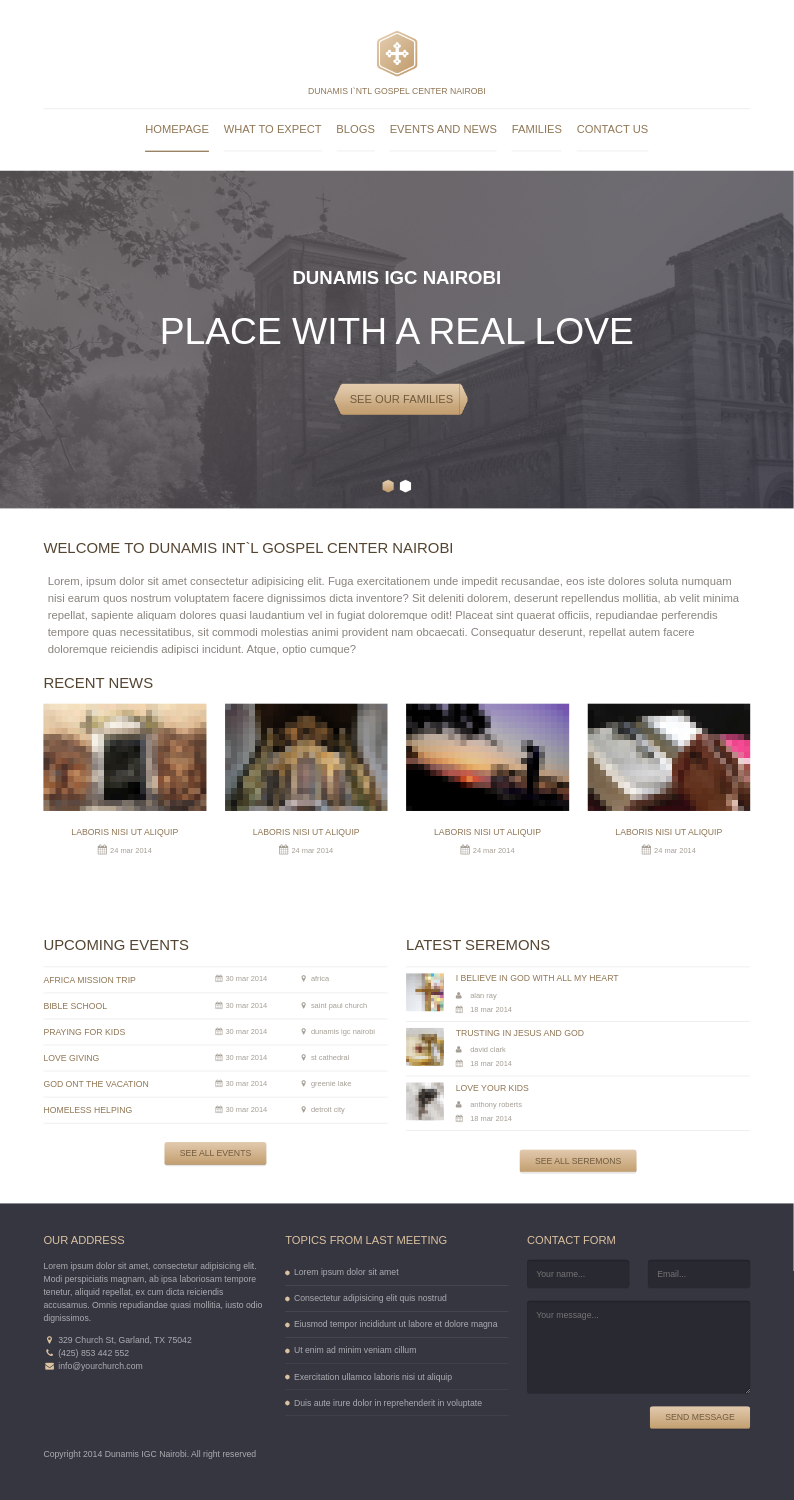
Repository: profbkmurage/churchWebsite
Page: index.html
The author's editor kept a copy of each file at every save. The page is drawn from the files as they stood at one save, then again after the next save.
The browser window is 1280 px wide. The pictures show the whole page, at 62% of full size.

Above is the page before, as saved 2024-07-10 18:47:00.

### index.html
<!DOCTYPE html>
<html lang="en">
	<head>
		<meta charset="UTF-8">
		<meta http-equiv="X-UA-Compatible" content="IE=edge">
		<meta name="viewport" content="width=device-width, initial-scale=1.0,maximum-scale=1">

		<title>DIGC NAIROBI</title>

		<!-- Loading third party fonts -->
		<link href="fonts/novecento-font/novecento-font.css" rel="stylesheet" type="text/css">
		<link href="fonts/font-awesome.min.css" rel="stylesheet" type="text/css">

		<!-- Loading main css file -->
		<link rel="stylesheet" href="style.css">
		<link rel="stylesheet" href="custom.css">

		<!--[if lt IE 9]>
		<script src="js/ie-support/html5.js"></script>
		<script src="js/ie-support/respond.js"></script>
		<![endif]-->

	</head>


	<body>
		<div class="site-content">
			<header class="site-header">
				<div class="container">
					<a href="#" class="branding">
						<img src="images/logo.png" alt="" class="logo">
						<h1 class="site-title">Dunamis I`ntl Gospel Center Nairobi</h1>
					</a>

					<div class="main-navigation">
						<button class="menu-toggle"><i class="fa fa-bars"></i> Menu</button>
						<ul class="menu">
							<li class="menu-item current-menu-item"><a href="index.html">Homepage</a></li>
							<li class="menu-item"><a href="#">What To Expect </a></li>
							<li class="menu-item"><a href="blogs.html">Blogs </a></li>
							<li class="menu-item"><a href="events.html">Events And News </a></li>
							<li class="menu-item"><a href="families.html">Families </a></li>
							<li class="menu-item"><a href="#">Contact Us</a></li>
						</ul>
					</div>
					<div class="mobile-navigation"></div>
				</div>
			</header> <!-- .site-header -->

			<div class="hero">
				<div class="slides">
					<li data-bg-image="images/slide-1.jpg">
						<div class="container">
							<div class="slide-content">
								<small class="slide-subtitle">Dunamis IGC Nairobi</small>
								<h2 class="slide-title">Place with a real love</h2>

								<a href="./families.html" class="button">See our families</a>
							</div>
						</div>
					</li>

					<li data-bg-image="images/arrow.png">
						<div class="container">
							<div class="slide-content">
								<small class="slide-subtitle">Dunamis IGC Nairobi</small>
								<h2 class="slide-title">Place with a real love</h2>

								<a href="blogs.html" class="button">See our blogs</a>
							</div>
						</div>
					</li>
				</div>
			</div>

			<main class="main-content">
				<div class="fullwidth-block">
					<div class="container">
						<h2 class="section-title bluColor">Welcome to Dunamis Int`l Gospel Center Nairobi</h2>
						<p class="welcomeNote">
							Lorem, ipsum dolor sit amet consectetur adipisicing elit. Fuga exercitationem unde impedit recusandae, eos iste dolores soluta numquam nisi earum quos nostrum voluptatem facere dignissimos dicta inventore? Sit deleniti dolorem, deserunt repellendus mollitia, ab velit minima repellat, sapiente aliquam dolores quasi laudantium vel in fugiat doloremque odit! Placeat sint quaerat officiis, repudiandae perferendis tempore quas necessitatibus, sit commodi molestias animi provident nam obcaecati. Consequatur deserunt, repellat autem facere doloremque reiciendis adipisci incidunt. Atque, optio cumque?
						</p>
						<h2 class="section-title bluColor">Recent news</h2>

						<div class="row">
							<div class="col-md-3 col-sm-6">
								<div class="news">
									<image class="news-image" src="images/news-thumb-1.jpg"></image>
									<h3 class="news-title"><a href="#">laboris nisi ut aliquip</a></h3>
									<small class="date"><i class="fa fa-calendar"></i>24 mar 2014</small>
								</div>
							</div>
							<div class="col-md-3 col-sm-6">
								<div class="news">
									<image class="news-image" src="images/news-thumb-2.jpg"></image>
									<h3 class="news-title"><a href="#">laboris nisi ut aliquip</a></h3>
									<small class="date"><i class="fa fa-calendar"></i>24 mar 2014</small>
								</div>
							</div>
							<div class="col-md-3 col-sm-6">
								<div class="news">
									<image class="news-image" src="images/news-thumb-3.jpg"></image>
									<h3 class="news-title"><a href="#">laboris nisi ut aliquip</a></h3>
									<small class="date"><i class="fa fa-calendar"></i>24 mar 2014</small>
								</div>
							</div>
							<div class="col-md-3 col-sm-6">
								<div class="news">
									<image class="news-image" src="images/news-thumb-4.jpg"></image>
									<h3 class="news-title"><a href="#">laboris nisi ut aliquip</a></h3>
									<small class="date"><i class="fa fa-calendar"></i>24 mar 2014</small>
								</div>
							</div>
						</div> <!-- .row -->
					</div> <!-- .container -->
				</div> <!-- section -->

				<div class="fullwidth-block">
					<div class="container">
						<div class="row">
							<div class="col-md-6">
								<h2 class="section-title">Upcoming events</h2>
								<ul class="event-list">
									<li>
										<a href="#">
											<h3 class="event-title">africa mission trip</h3>
											<span class="event-meta">
												<span><i class="fa fa-calendar"></i>30 mar 2014</span>
												<span><i class="fa fa-map-marker"></i> Africa</span>

											</span>
										</a>
									</li>
									<li>
										<a href="#">
											<h3 class="event-title">Bible school</h3>
											<span class="event-meta">
												<span><i class="fa fa-calendar"></i>30 mar 2014</span>
												<span><i class="fa fa-map-marker"></i> Saint paul church</span>

											</span>
										</a>
									</li>
									<li>
										<a href="#">
											<h3 class="event-title">praying for kids</h3>
											<span class="event-meta">
												<span><i class="fa fa-calendar"></i>30 mar 2014</span>
												<span><i class="fa fa-map-marker"></i> Dunamis IGC Nairobi</span>

											</span>
										</a>
									</li>
									<li>
										<a href="#">
											<h3 class="event-title">love giving</h3>
											<span class="event-meta">
												<span><i class="fa fa-calendar"></i>30 mar 2014</span>
												<span><i class="fa fa-map-marker"></i> St cathedral</span>

											</span>
										</a>
									</li>
									<li>
										<a href="#">
											<h3 class="event-title">god ont the vacation</h3>
											<span class="event-meta">
												<span><i class="fa fa-calendar"></i>30 mar 2014</span>
												<span><i class="fa fa-map-marker"></i> greenie lake</span>

											</span>
										</a>
									</li>
									<li>
										<a href="#">
											<h3 class="event-title">homeless helping</h3>
											<span class="event-meta">
												<span><i class="fa fa-calendar"></i>30 mar 2014</span>
												<span><i class="fa fa-map-marker"></i> Detroit city</span>

											</span>
										</a>
									</li>
								</ul>

								<div class="text-center">
									<a href="#" class="button">See all events</a>
								</div>
							</div>
							<div class="col-md-6">
								<h2 class="section-title">Latest seremons</h2>
								<ul class="seremon-list">
									<li>
										<img src="images/small-thumb-1.jpg" alt="">
										<div class="seremon-detail">
											<h3 class="seremon-title"><a href="#">I believe in god with all my heart</a></h3>
											<div class="seremon-meta">
												<div class="pastor"><i class="fa fa-user"></i> Alan Ray</div>
												<div class="date"><i class="fa fa-calendar"></i> 18 mar 2014</div>
											</div>
										</div>
									</li>
									<li>
										<img src="images/small-thumb-2.jpg" alt="">
										<div class="seremon-detail">
											<h3 class="seremon-title"><a href="#">Trusting in jesus and god</a></h3>
											<div class="seremon-meta">
												<div class="pastor"><i class="fa fa-user"></i> David Clark</div>
												<div class="date"><i class="fa fa-calendar"></i> 18 mar 2014</div>
											</div>
										</div>
									</li>
									<li>
										<img src="images/small-thumb-3.jpg" alt="">
										<div class="seremon-detail">
											<h3 class="seremon-title"><a href="#">Love your kids</a></h3>
											<div class="seremon-meta">
												<div class="pastor"><i class="fa fa-user"></i> anthony roberts</div>
												<div class="date"><i class="fa fa-calendar"></i> 18 mar 2014</div>
											</div>
										</div>
									</li>
								</ul>

								<div class="text-center">
									<a href="#" class="button">See all seremons</a>
								</div>
							</div>
						</div> <!-- .row -->
					</div> <!-- .container -->
				</div> <!-- section -->
			</main> <!-- .main-content -->

			<footer class="site-footer">
				<div class="container">
					<div class="row">
						<div class="col-md-4">
							<div class="widget">
								<h3 class="widget-title">Our address</h3>
								<p>Lorem ipsum dolor sit amet, consectetur adipisicing elit. Modi perspiciatis magnam, ab ipsa laboriosam tempore tenetur, aliquid repellat, ex cum dicta reiciendis accusamus. Omnis repudiandae quasi mollitia, iusto odio dignissimos.</p>
								<ul class="address">
									<li><i class="fa fa-map-marker"></i> 329 Church St, Garland, TX 75042</li>
									<li><i class="fa fa-phone"></i> (425) 853 442 552</li>
									<li><i class="fa fa-envelope"></i> info@yourchurch.com</li>
								</ul>
							</div>
						</div>
						<div class="col-md-4">
							<div class="widget">
								<h3 class="widget-title">Topics from last meeting</h3>
								<ul class="bullet">
									<li><a href="#">Lorem ipsum dolor sit amet</a></li>
									<li><a href="#">Consectetur adipisicing elit quis nostrud</a></li>
									<li><a href="#">Eiusmod tempor incididunt ut labore et dolore magna</a></li>
									<li><a href="#">Ut enim ad minim veniam cillum</a></li>
									<li><a href="#">Exercitation ullamco laboris nisi ut aliquip</a></li>
									<li><a href="#">Duis aute irure dolor in reprehenderit in voluptate</a></li>
								</ul>
							</div>
						</div>
						<div class="col-md-4">
							<div class="widget">
								<h3 class="widget-title">Contact form</h3>
								<form action="#" class="contact-form">
									<div class="row">
										<div class="col-md-6"><input type="text" placeholder="Your name..."></div>
										<div class="col-md-6"><input type="text" placeholder="Email..."></div>
									</div>

									<textarea name="" placeholder="Your message..."></textarea>
									<div class="text-right"><input type="submit" value="Send message"></div>

								</form>
							</div>
						</div>
					</div> <!-- .row -->

					<p class="colophon">Copyright 2014 Dunamis IGC Nairobi. All right reserved</p>
				</div><!-- .container -->
			</footer> <!-- .site-footer -->

		</div>


		<script src="js/jquery-1.11.1.min.js"></script>
		<script src="js/plugins.js"></script>
		<script src="js/app.js"></script>

	</body>

</html>

### custom.css
 .bluColor{
    color: rgb(11, 11, 224);
  }

  /* reusable custom classes */
  .welcomeNote{
    padding: 0.5rem;
    font-family: Arial, Helvetica, sans-serif;
    font-size: 1.3rem;
    align-items:center;

  }

Loaded but not shown: fonts/novecento-font/novecento-font.css (common file); fonts/font-awesome.min.css (library); js/jquery-1.11.1.min.js (library); js/plugins.js (library); js/app.js (23 lines, source omitted); style.css (1514 lines, source omitted)

After the next save:
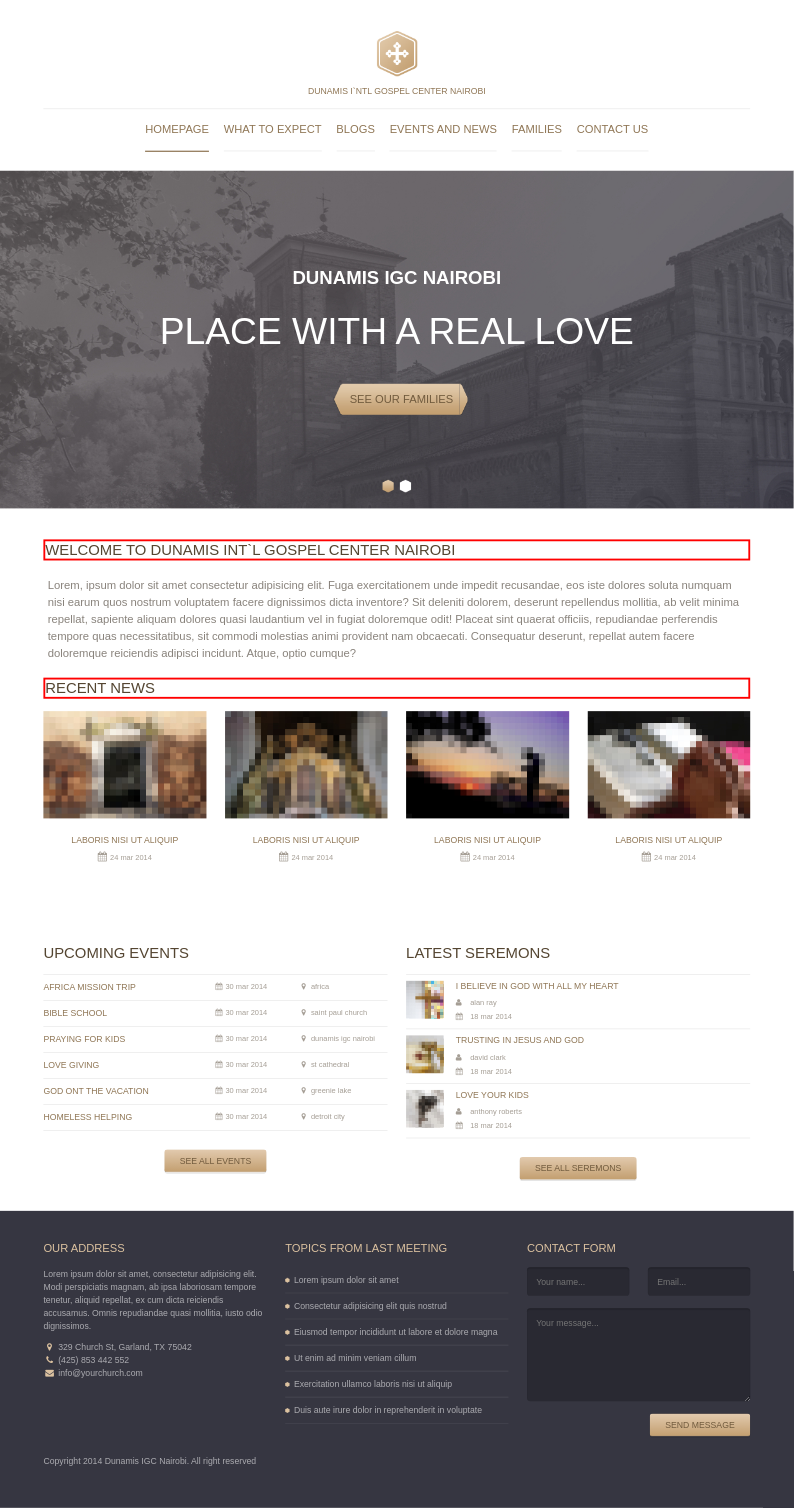
Saved 73 s later.
--- a/custom.css
+++ b/custom.css
@@ -1,5 +1,6 @@
  .bluColor{
     color: rgb(11, 11, 224);
+    border: 3px solid red;
   }
 
   /* reusable custom classes */

After the save that followed:
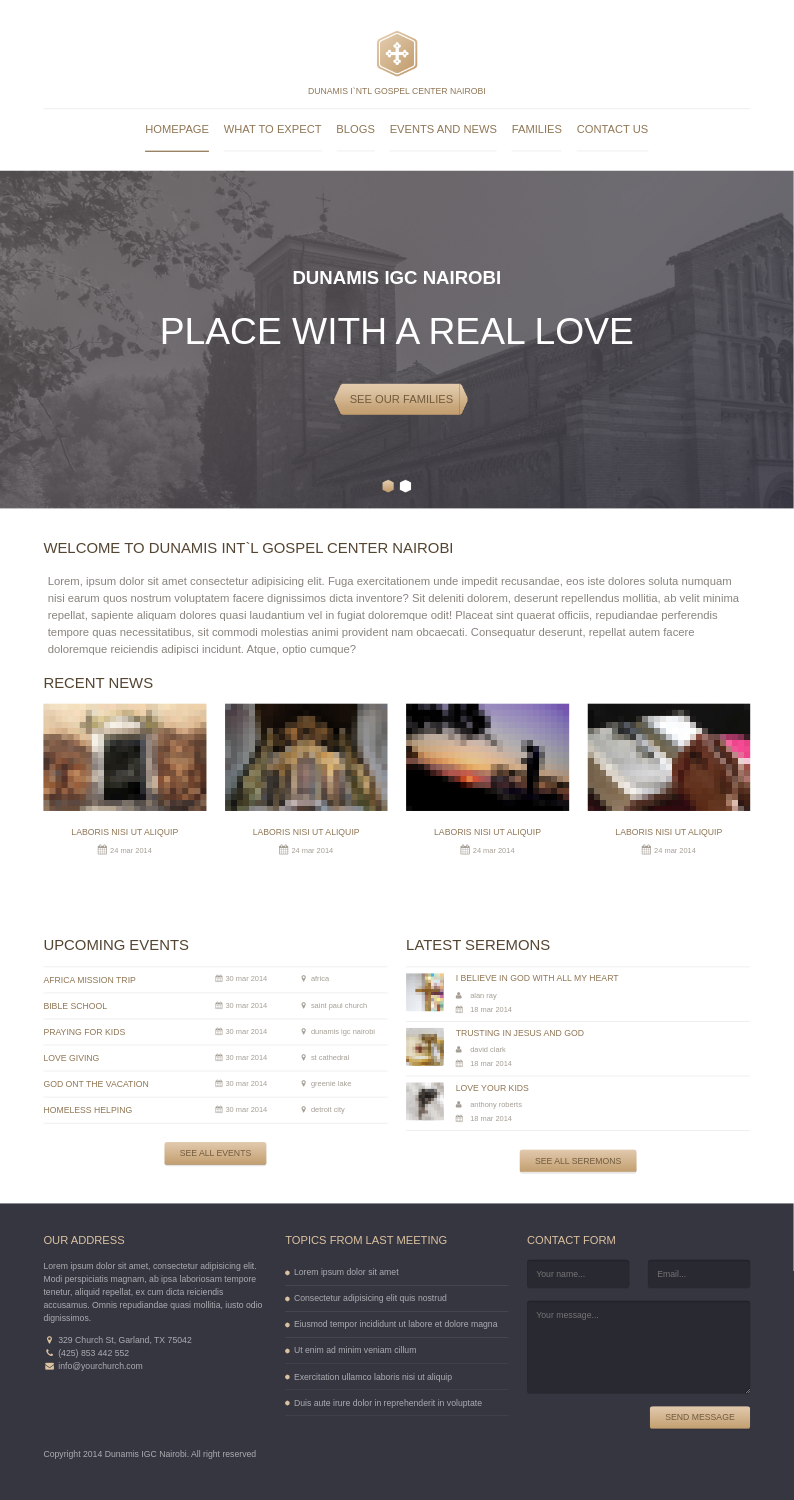
Saved 20 s later.
--- a/custom.css
+++ b/custom.css
@@ -1,6 +1,5 @@
  .bluColor{
     color: rgb(11, 11, 224);
-    border: 3px solid red;
   }
 
   /* reusable custom classes */
